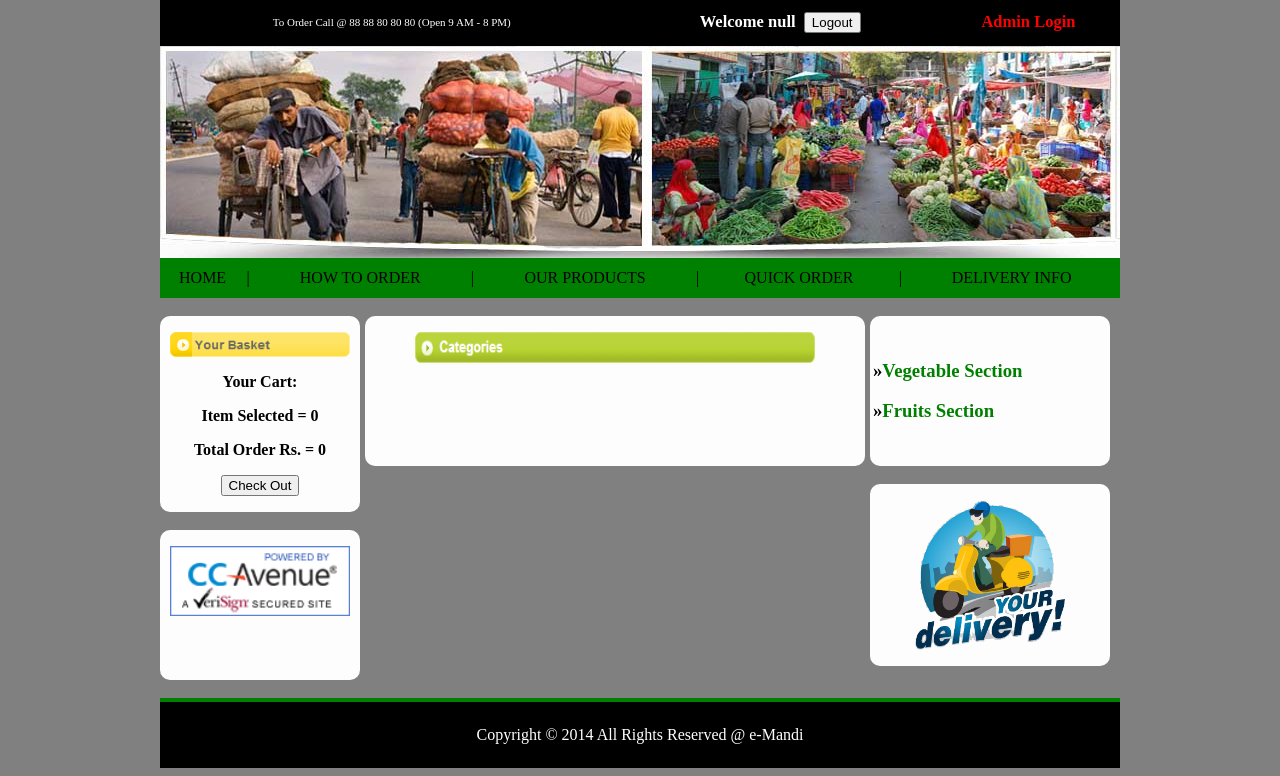
Repository: aashi12/e_mandi
Page: http://localhost/e_mandi/vegitable.jsp
These files come from the project's save history. The page is drawn as it stood at one moment and after the next save; the edit follows.
The browser window is 1280 px wide. The pictures show the whole page.
The page is served by Tomcat 9. Queries for data that is not in the repository find no rows.

Above is the page before, as saved 2014-04-13 09:20:20.

After the next save:
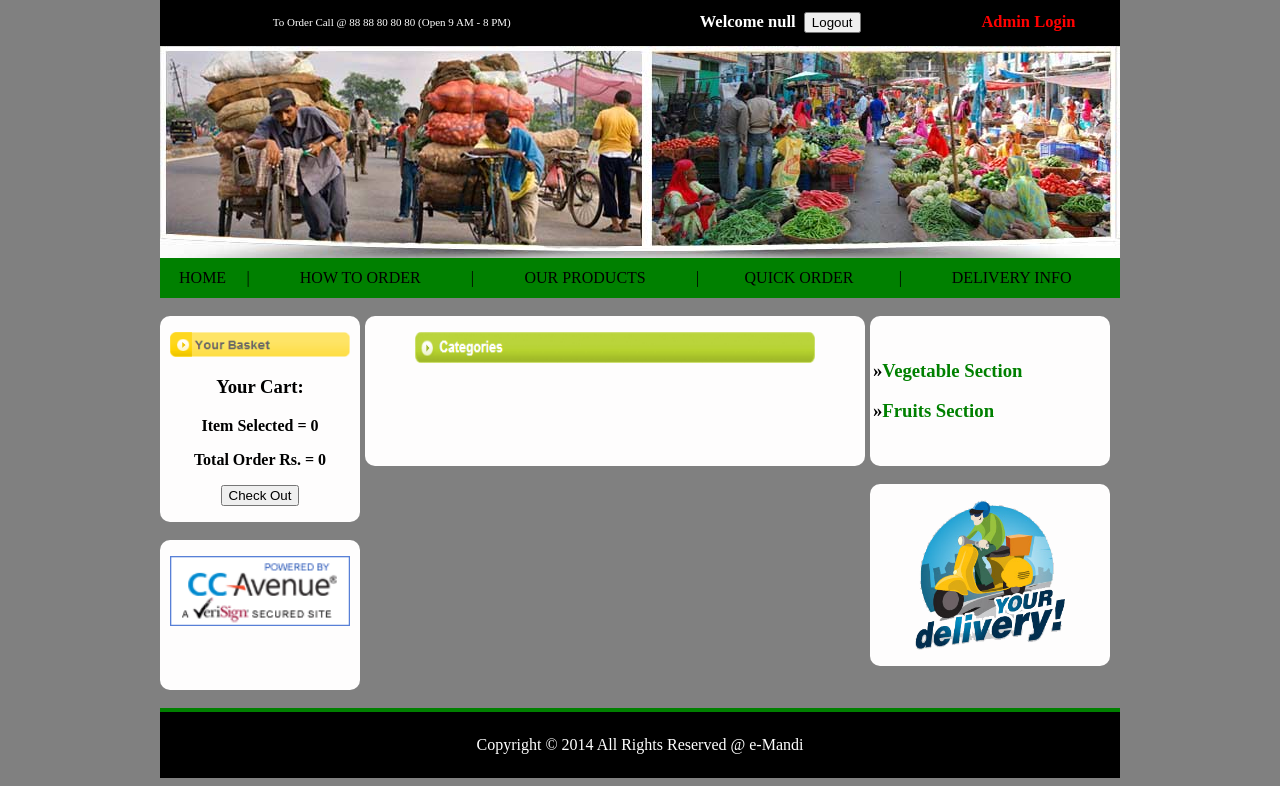
Saved 21 s later.
--- a/e_mandi/WebContent/vegitable.jsp
+++ b/e_mandi/WebContent/vegitable.jsp
@@ -89,7 +89,7 @@ out.print("<h2>Welcome "+usd); %>&nbsp;
 <tr>
 <td align="center" valign="top">
 <p><img src="images/basket.png" width="180"/></p>
-<p class="bask"><b>Your Cart:</b></p>
+<h3 class="bask"><b>Your Cart:</b></h3>
 <strong>
 <p>Item Selected = <% Integer a=(Integer)session.getAttribute("count");
 if(a==null)
